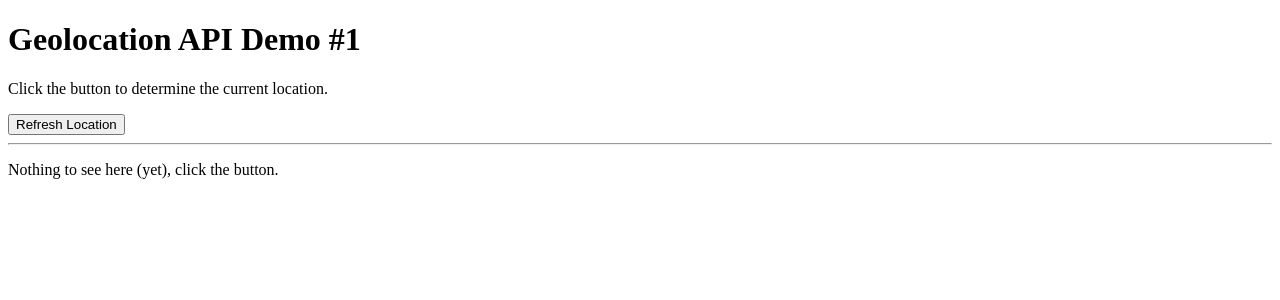
Repository: HILOLT/phonegap-demo
Page: Android/workspace/Geolocation/assets/www/index.html
An editor plug-in stored every save of this project. The page is shown before and after the next save, followed by the edit.
The browser window is 1280 px wide. The pictures show the whole page.

Above is the page before, as saved 2012-08-26 12:19:08.

### Android/workspace/Geolocation/assets/www/index.html
<!DOCTYPE html>
<html>
  <head>
    <title>Example Geolocation-1</title>
    <meta name="viewport" content="width=device-width, height=device-height initial-scale=1.0, maximum-scale=1.0, user-scalable=no;" />
    <meta http-equiv="Content-type" content="text/html; charset=utf-8">
    <script type="text/javascript" charset="utf-8" src="cordova-2.0.0.js"></script>
    <script type="text/javascript">
      //位置信息
      var lc;
      //PhoneGap 是否Ready
      var pgr = false;

      function onBodyLoad() {
        alert("onBodyLoad");
        document.addEventListener("deviceready", onDeviceReady, false);
      }

      function onDeviceReady() {
        alert("onDeviceReady");
        //用于更新位置信息的句柄
        lc = document.getElementById("locationInfo");
        //设置PhoneGap已就绪
        pgr = true;
      }

      function getLocation() {
        alert("getLocation");
        if(pgr == true) {
          var locOptions = {
            timeout : 5000,
            enableHighAccuracy : true
          };
          //获得当前位置
          navigator.geolocation.getCurrentPosition(onLocationSuccess, onLocationError, locOptions);
         //当等待读取位置信息时，清除当前的位置显示
          lc.innerHTML = "位置信息读取中...";

        } else {
          alert("请稍后,\nPhoneGap 尚未就绪.");
        }
      }

      function onLocationSuccess(loc) {
        alert("onLocationSuccess");
        // 读取位置信息的时间戳
        var d = new Date(loc.timestamp);
        // 使用收到的位置信息更新显示
        lc.innerHTML = '<b>当前位置</b><hr /><b>纬度</b>: ' + loc.coords.latitude + '<br /><b>经度</b>: ' + loc.coords.longitude + '<br /><b>高度</b>: ' + loc.coords.altitude + '<br /><b>精度</b>: ' + loc.coords.accuracy + '<br /><b>海拔精确度</b>: ' + loc.coords.altitudeAccuracy + '<br /><b>航向</b>: ' + loc.coords.heading + '<br /><b>速度</b>: ' + loc.coords.speed + '<br /><b>时间戳</b>: ' + d.toLocaleString();
      }

      function onLocationError(e) {
        alert("Geolocation error: #" + e.code + "\n" + e.message);
      }
    </script>
  </head>
  <body onload="onBodyLoad()">
    <h1>Geolocation API Demo #1</h1>
    <p>
      Click the button to determine the current location.
    </p>
    <input type="button" value="Refresh Location" onclick="getLocation();">
    <hr />
    <p id="locationInfo">
      Nothing to see here (yet), click the button.
    </p>
  </body>
</html>

Loaded but not shown: Android/workspace/Geolocation/assets/www/cordova-2.0.0.js (no copy from this time; the picture is the same without it)

After the next save:
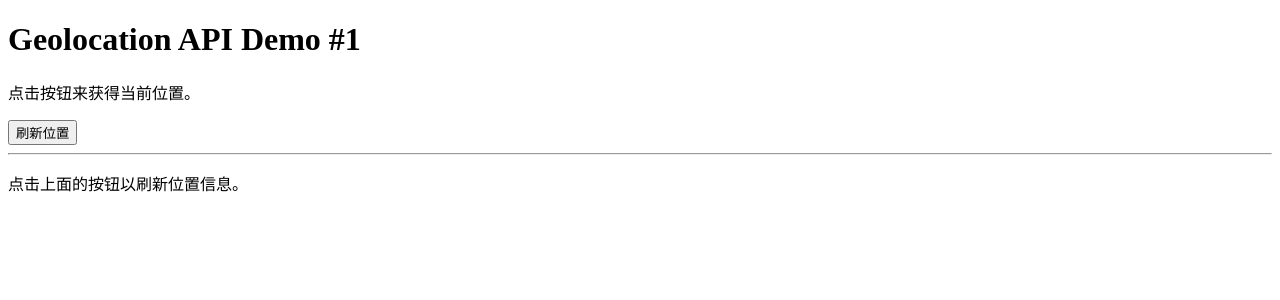
Saved 92 s later.
--- a/Android/workspace/Geolocation/assets/www/index.html
+++ b/Android/workspace/Geolocation/assets/www/index.html
@@ -57,12 +57,12 @@
   <body onload="onBodyLoad()">
     <h1>Geolocation API Demo #1</h1>
     <p>
-      Click the button to determine the current location.
+      点击按钮来获得当前位置。
     </p>
-    <input type="button" value="Refresh Location" onclick="getLocation();">
+    <input type="button" value="刷新位置" onclick="getLocation();">
     <hr />
     <p id="locationInfo">
-      Nothing to see here (yet), click the button.
+      点击上面的按钮以刷新位置信息。
     </p>
   </body>
 </html>
